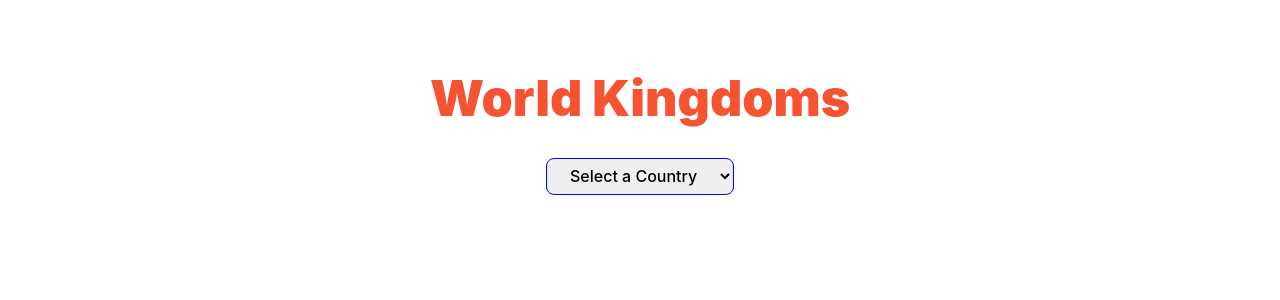
Repository: GloGlorGloria/COMP3170-lab7
Page: /
The author's editor kept a copy of each file at every save. The page is drawn from the files as they stood at one save, then again after the next save.
The browser window is 1280 px wide. The pictures show the whole page.
The page's requests for data from a server got no answer. The project was rebuilt for these pictures with package versions that can differ from the ones it lists, and the page was loaded fresh each time. No one was signed in, and anything a server would have sent is missing. Also part of the build but not shown: vite.config.js, src/components/Details.jsx.

Above is the page before, as saved 2024-11-24 02:17:03.

After the next save:
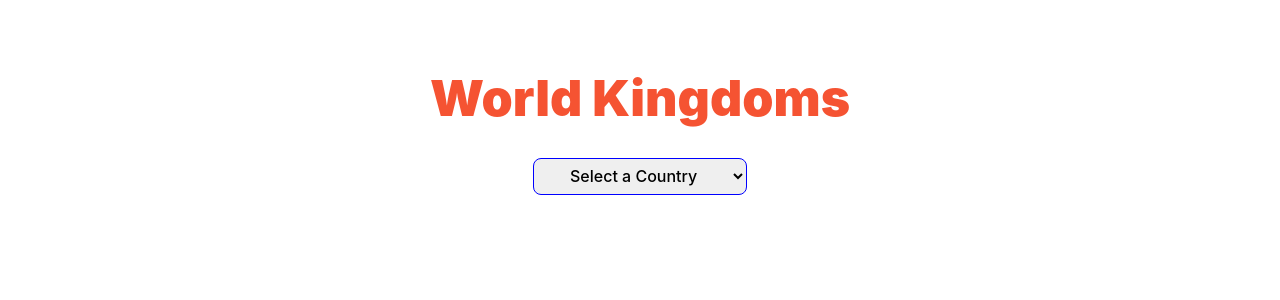
Saved 4 s later.
--- a/src/index.css
+++ b/src/index.css
@@ -36,7 +36,7 @@ h1:hover{
 .dropdown {
   border-radius: 8px;
   border: 1px solid blue;
-  padding: 0.4em 1.2em;
+  padding: 0.4em 2em;
   font-size: 1em;
   font-weight: 500;
   font-family: inherit;
